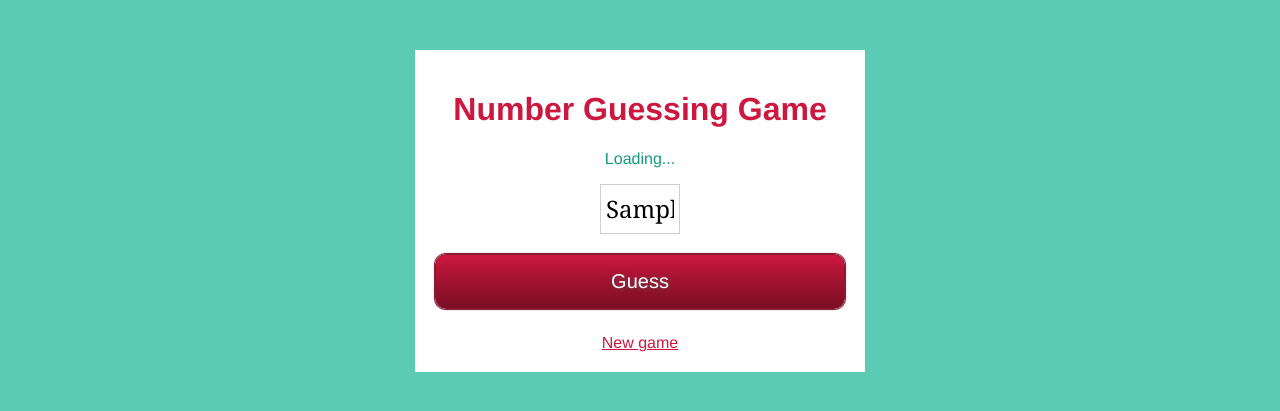
Repository: apopheny/JS230
Page: numberguesser.html
An editor plug-in stored every save of this project. The page is shown before and after the next save, followed by the edit.
The browser window is 1280 px wide. The pictures show the whole page.
Empty fields were first filled with sample values (such as "Sample", 5 or name@example.com).
After loading, the first visible `a` was clicked once.

Above is the page before, as saved 2024-01-25 17:25:56.

After the next save:
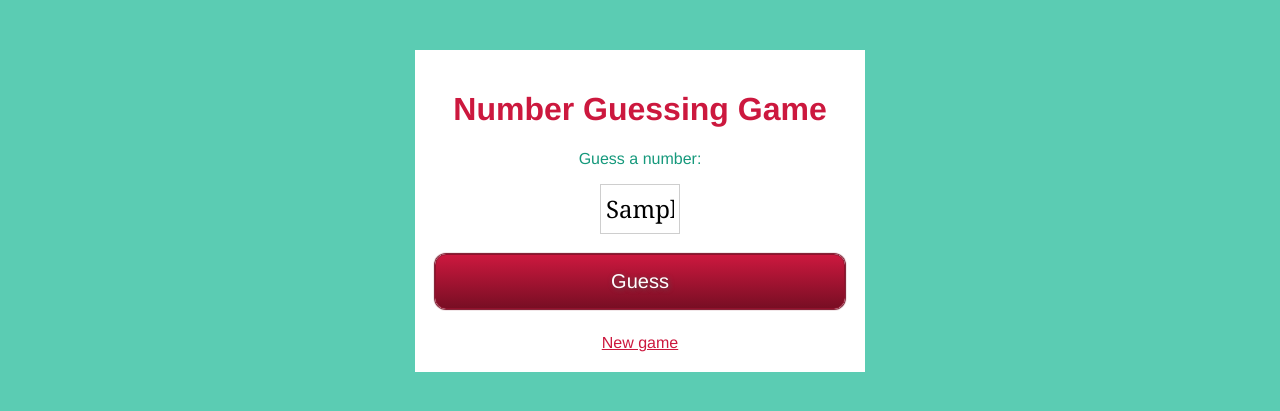
Saved 2 min 9 s later.
--- a/numberguesser.js
+++ b/numberguesser.js
@@ -25,7 +25,7 @@ function eventDelegator () {
 
   function newGame (event) {
     event.preventDefault();
-    resultArea.textContent = 'Loading...';
+    resultArea.textContent = 'Guess a number:';
     answer = newHiddenNumber();
   }
   const newGameLink = document.body.querySelector('main a');
